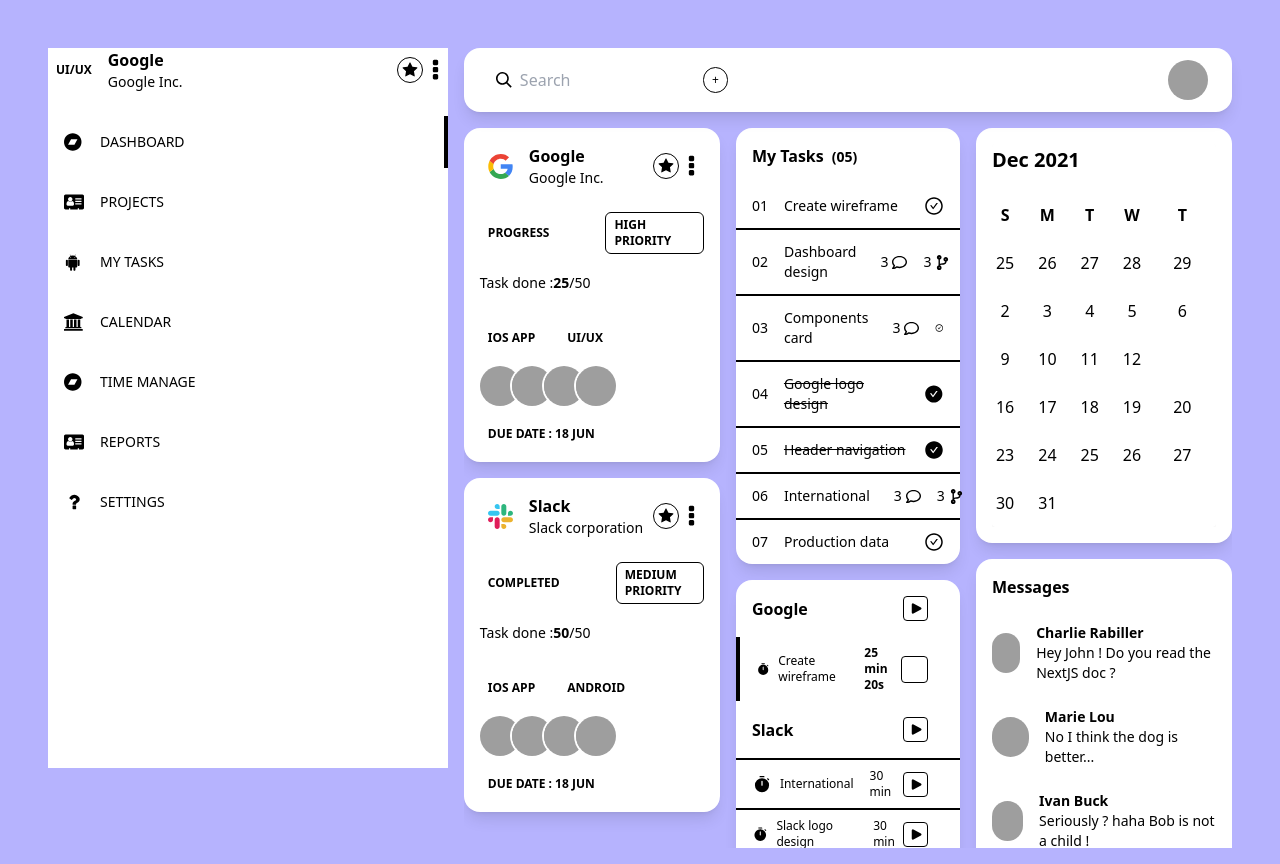
Repository: DragonKnight0522/text-rev
Page: /dashboard
An editor plug-in stored every save of this project. The page is shown before and after the next save, followed by the edit.
The browser window is 1280 px wide. The pictures show the whole page.
Pictures or frames that could not be fetched are drawn as grey boxes. An inner scrolling area shows only its first screen. The project was rebuilt for these pictures with package versions that can differ from the ones it lists, and the page was loaded fresh each time. The framework's server and built-in components were replaced by stand-ins that run in the browser. Also part of the build but not shown: next.config.js.

Above is the page before, as saved 2023-08-28 16:11:13.

### app/layout.js
import "./globals.css";
import { Inter } from "next/font/google";

const inter = Inter({ subsets: ["latin"] });

export const metadata = {
    title: "Create Next App",
    description: "Generated by create next app",
};

export default function RootLayout({ children }) {
    return (
        <html lang="en">
            <body className={inter.className}>{children}</body>
        </html>
    );
}

### app/dashboard/layout.js
export const metadata = {
    title: "Dashboard",
    description: "Olivia Evans",
};

export default function RootLayout({ children }) {
    return (
        <html lang="en">
            <body className="bg-purple">{children}</body>
        </html>
    );
}

### app/globals.css
@tailwind base;
@tailwind components;
@tailwind utilities;

:root {
    --foreground-rgb: 0, 0, 0;
    --background-start-rgb: 214, 219, 220;
    --background-end-rgb: 255, 255, 255;
}

@media (prefers-color-scheme: dark) {
    :root {
        --foreground-rgb: 255, 255, 255;
        --background-start-rgb: 0, 0, 0;
        --background-end-rgb: 0, 0, 0;
    }
}

### tailwind.config.js
/** @type {import('tailwindcss').Config} */
const colors = require("tailwindcss/colors");
module.exports = {
    content: [
        "./pages/**/*.{js,ts,jsx,tsx,mdx}",
        "./components/**/*.{js,ts,jsx,tsx,mdx}",
        "./app/**/*.{js,ts,jsx,tsx,mdx}",
    ],
    theme: {
        colors: {
            transparent: "transparent",
            current: "currentColor",
            white: "#ffffff",
            gray: "#000000",
            purple: "#b6b3fe",
        },
    },
    plugins: [],
};

Loaded but not shown: app/dashboard/page.js (1255 lines, source omitted)

After the next save:
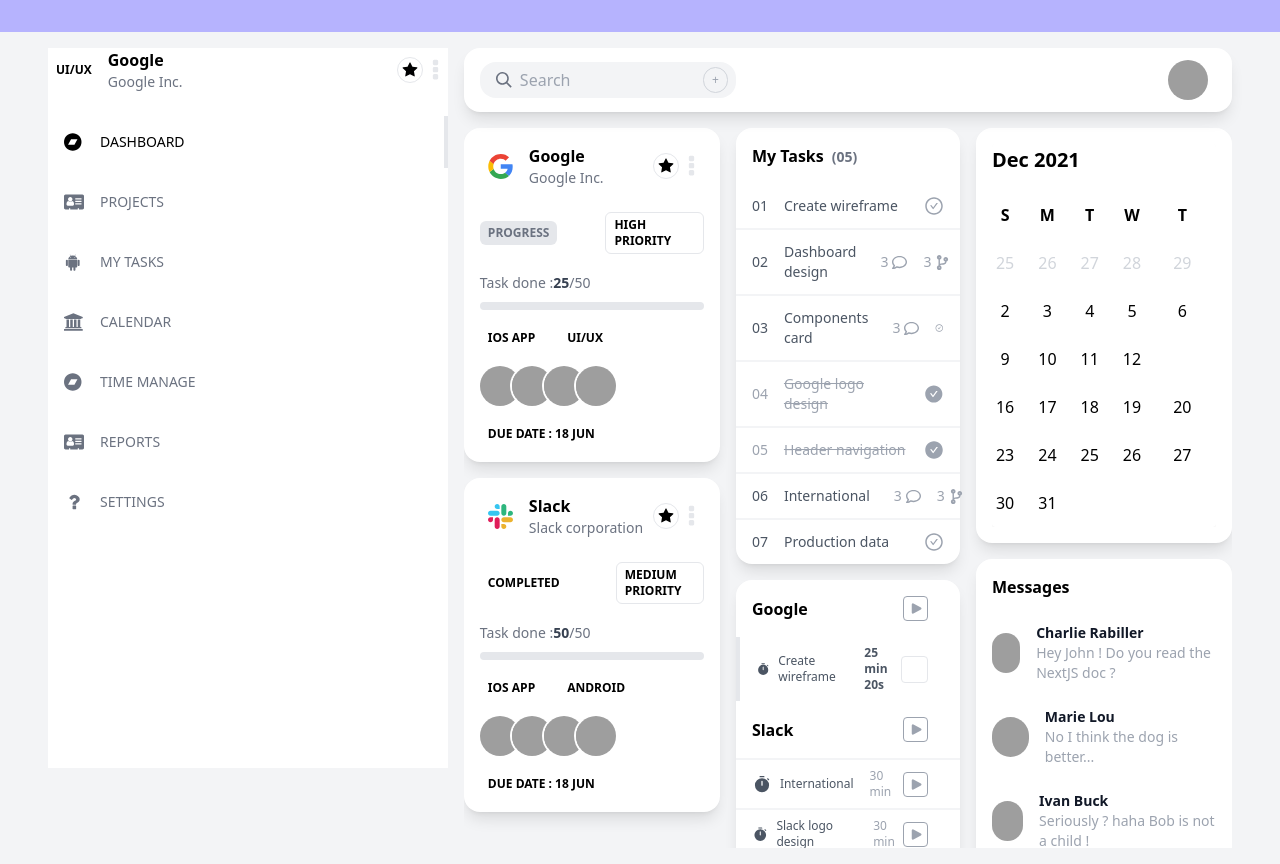
Saved 9 s later.
--- a/tailwind.config.js
+++ b/tailwind.config.js
@@ -11,7 +11,7 @@
             transparent: "transparent",
             current: "currentColor",
             white: "#ffffff",
-            gray: "#000000",
+            gray: colors.gray,
             purple: "#b6b3fe",
         },
     },
